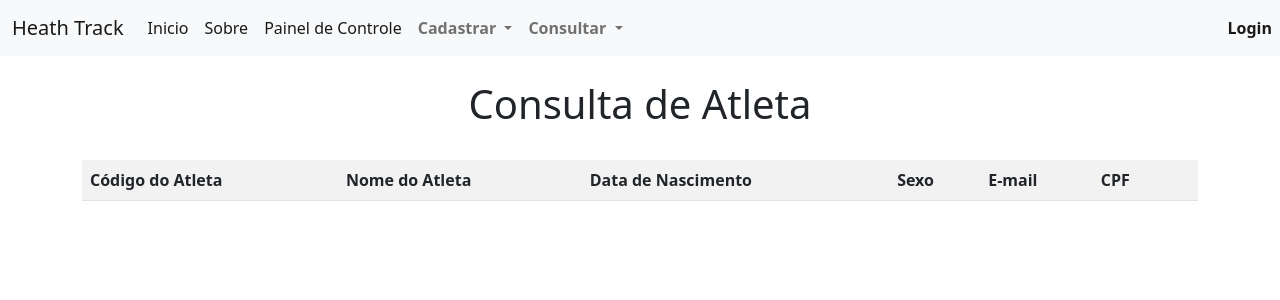
Repository: FellipySantos/HealthTrack_Finalizado
Page: http://localhost/JSPs/nutri?acao=listar
These files come from the project's save history. The page is drawn as it stood at one moment and after the next save; the edit follows.
The browser window is 1280 px wide. The pictures show the whole page.
The page is served by Tomcat 9. Queries for data that is not in the repository find no rows.

Above is the page before, as saved 2021-11-16 01:43:19.

After the next save:
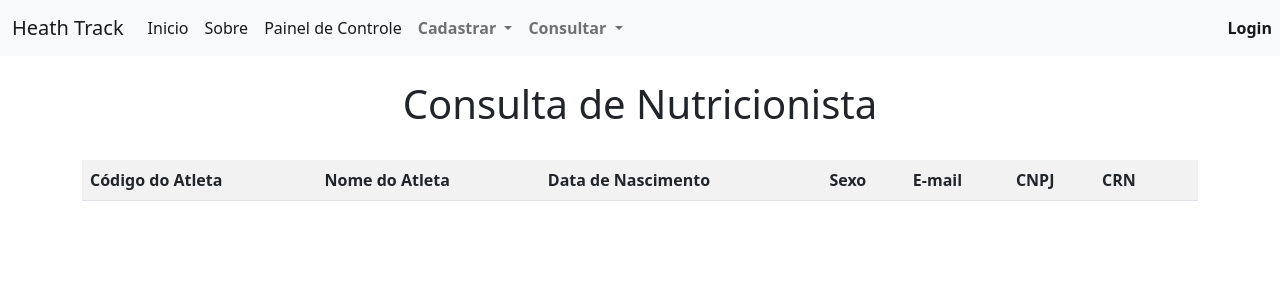
Saved 4 min 20 s later.
--- a/JSP/JSPs/WebContent/lista-nutri.jsp
+++ b/JSP/JSPs/WebContent/lista-nutri.jsp
@@ -6,7 +6,7 @@
 <html>
 <head>
 <meta http-equiv="Content-Type" content="text/html; charset=ISO-8859-1">
-<title>Consulta de Atleta</title>
+<title>Consulta de Nutricionista</title>
 <%@ include file="header.jsp" %>
 </head>
 <body>
@@ -14,7 +14,7 @@
 <%@ include file="menu.jsp" %>
 	<div class="container">
 	    <br>
-		<center><h1>Consulta de Atleta</h1></center>
+		<center><h1>Consulta de Nutricionista</h1></center>
 		<br>
 		<c:if test="${not empty msg }">
 			<div class="alert alert-success">${msg}</div>
@@ -29,20 +29,22 @@
 				<th>Data de Nascimento</th>
 				<th>Sexo</th>
 				<th>E-mail</th>
-				<th>CPF</th>
+				<th>CNPJ</th>
+				<th>CRN</th>
 				<th></th>
 			</tr>
-			<c:forEach items="${atleta}" var="p">
+			<c:forEach items="${nutri}" var="p">
 				<tr>
 					<td>${p.userID}</td>
 					<td>${p.nome}</td>
 					<td><fmt:formatDate value="${p.dtNasc.time}" pattern="dd/MM/yyyy"/></td>
 					<td>${p.sexo}</td>
 					<td>${p.email}</td>
-					<td>${p.cpf}</td>
+					<td>${p.cnpj}</td>
+					<td>${p.crn}</td>
 
 					<td>
-						<c:url value="atleta" var="link">
+						<c:url value="nutri" var="link">
 							<c:param name="acao" value="abrir-form-edicao"/>
 							<c:param name="codigo" value="${p.userID}"/>
 						</c:url>
@@ -68,10 +70,10 @@
         </button>
       </div>
       <div class="modal-body">
-        		Deseja realmente excluir esse atleta?
+        		Deseja realmente excluir esse Nutricionista?
       </div>
       <div class="modal-footer">
-      	<form action="atleta" method="post">
+      	<form action="nutri" method="post">
       		<input type="hidden" name="acao" value="excluir">
       		<input type="hidden" name="codigo" id="codigoExcluir">
 	        <button type="button" class="btn btn-secondary" data-dismiss="modal">Cancelar</button>
